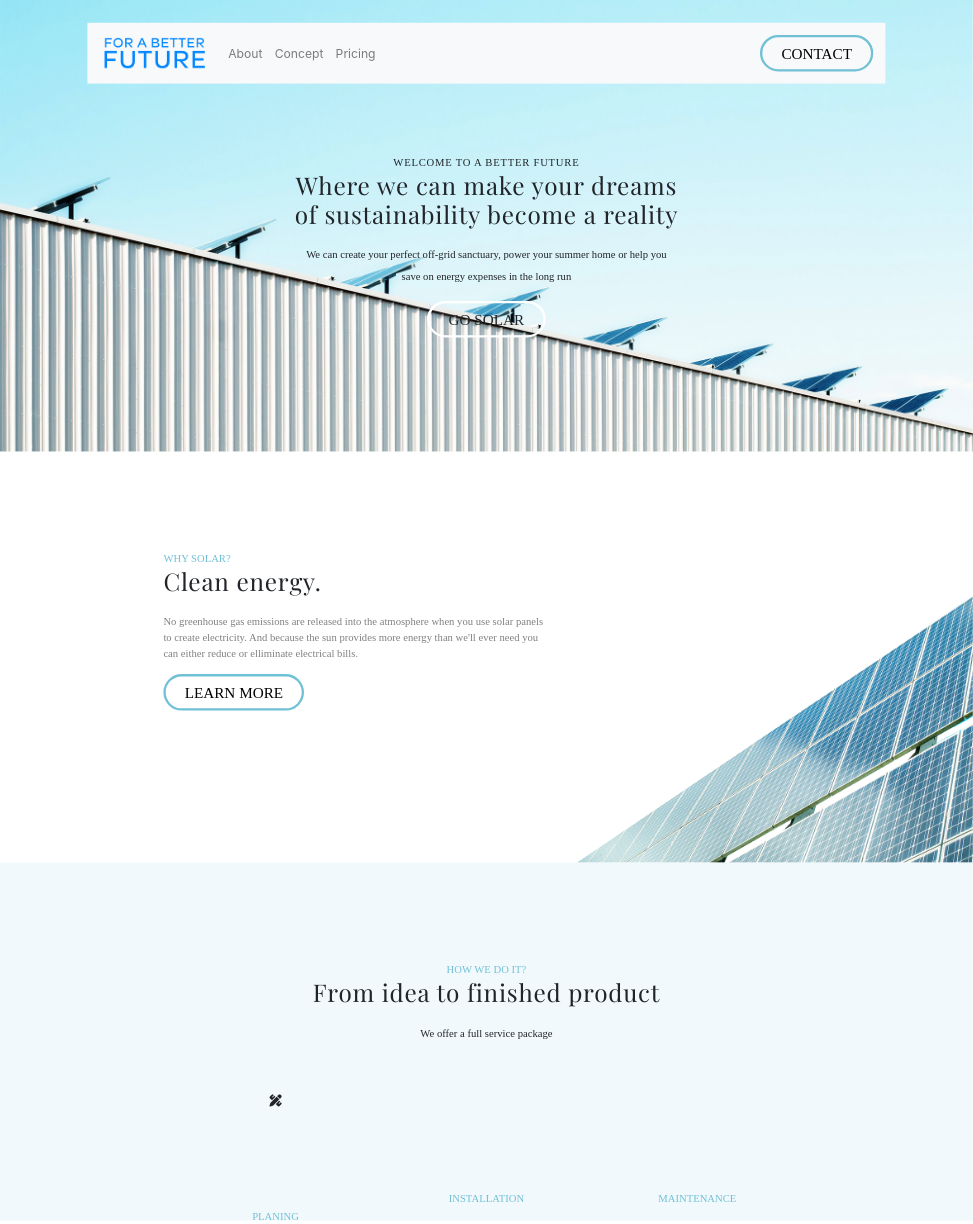
Repository: sabinemm/fabf
Page: index.html
The author's editor kept a record of every edit. The page is drawn from the files as they stood at one moment, then again after the next edit.
The browser window is 1280 px wide. The pictures show the whole page, at 76% of full size.
Backgrounds fixed to the window are drawn as part of the page. Some web fonts or font styles are not loaded; a fallback is used. Some web libraries are served in a nearby version.

Above is the page before.

### index.html
<!DOCTYPE html>
<html lang="en">

<head>
    <meta charset="UTF-8">
    <meta name="viewport" content="width=device-width, initial-scale=1.0">
    <meta http-equiv="X-UA-Compatible" content="ie=edge">
    <link rel="stylesheet" href="style.css" type="text/css" />
    <link rel="stylesheet" href="https://stackpath.bootstrapcdn.com/bootstrap/4.3.1/css/bootstrap.min.css" integrity="sha384-ggOyR0iXCbMQv3Xipma34MD+dH/1fQ784/j6cY/iJTQUOhcWr7x9JvoRxT2MZw1T" crossorigin="anonymous">
    <link rel="stylesheet" media="screen" href="https://fontlibrary.org/face/roundo" type="text/css" />
    <link rel="stylesheet" media="screen" href="https://fontlibrary.org/face/source-sans-pro" type="text/css" />
    <link href="https://fonts.googleapis.com/css?family=Playfair+Display&display=swap" rel="stylesheet">
    <script src="https://kit.fontawesome.com/7e530e9396.js"></script>
    <title>FOR A BETTER FUTURE</title>
</head>

<body>

    <!–-----– NAVBAR ------->

    <div class="container">
        <nav class="navbar navbar-fixed-top navbar-expand-lg navbar-light bg-light">
            <a class="navbar-brand" href="#">
          <img src="img/logo.svg" height="50px"alt="logo">
        </a>
            <button class="navbar-toggler" type="button" data-toggle="collapse" data-target="#navbarText" aria-controls="navbarText" aria-expanded="false" aria-label="Toggle navigation">
    <span class="navbar-toggler-icon"></span>
  </button>
            <div class="collapse navbar-collapse justify-content-center" id="navbarText">
                <ul class="navbar-nav mr-auto">
                    <li class="nav-item">
                        <a class="nav-link" href="#">About</a>
                    </li>
                    <li class="nav-item">
                        <a class="nav-link" href="#">Concept</a>
                    </li>
                    <li class="nav-item">
                        <a class="nav-link" href="#">Pricing</a>
                    </li>
                </ul>
                <span class="navbar-text">
          <button type="button" class="btn btn-blue-border">CONTACT</button>
    </span>
            </div>
        </nav>
    </div>

    <!–-----– FIRST SECTION ------->

    <section id="parallax">
        <div class="container">
            <div class="ltitle text-center">
                <p class="uppercase stitle">WELCOME TO A BETTER FUTURE</p>
                <h2> Where we can make your dreams <br> of sustainability become a reality </h2>
                <p class="tparagraph"> We can create your perfect off-grid sanctuary, power your summer home or help you <br> save on energy expenses in the long run</p>
                <button type="button" class="btn  btn-transp-white-border">GO SOLAR</button>
            </div>
        </div>
    </section>

    <!–-----– SECOND SECTION ------->

    <section id="clean">
        <div class="container container-fluid section-2">
            <div class="row">
                <div class="col col-md-6">
                    <p class="uppercase stitle stitle-blue">WHY SOLAR?</p>
                    <h2 class="ltitle ltitle2"> Clean energy.</h2>
                    <p class="tparagraph tparagraph2"> No greenhouse gas emissions are released into the atmosphere when you use solar panels to create electricity. And because the sun provides more energy than we'll ever need you can either reduce or elliminate electrical bills. </p>
                    <button type="button" class="btn btn-blue-border">LEARN MORE</button>

                </div>
            </div>

            <div class="container">
                <div class="col col-md-6 offset-md-6">
                    <img src="img/sidepanel.png" class="sidepanel"></img>
                </div>
            </div>
        </div>

    </section>

    <!–-----– THIRD SECTION ------->

    <section id="idea">
        <div class="idea-title text-center">
            <p class="uppercase stitle stitle-blue">HOW WE DO IT?</p>
            <h2 class="ltitle ltitle2"> From idea to finished product</h2>
            <p class="tparagraph">We offer a full service package</p>

        </div>
        <div class="container container-fluid ">
            <div class="row m-auto text-center justify-content-center">
                <div class=" col-sm-3 col-md-3">
                   <div class="icons"><i class="fas fa-pencil-ruler "></i></div>
                     <p class="uppercase stitle stitle-blue">PLANING</p>
                </div>
                <div class="col-sm-3 col-md-3">
                     <p class="uppercase stitle stitle-blue">INSTALLATION</p>
                </div>
                <div class="col-sm-3 col-md-3">
                     <p class="uppercase stitle stitle-blue">MAINTENANCE</p>
                </div>
            </div>

        </div>

    </section>

</body>

</html>

### style.css

/*-------------------navbar------------------*/

.navbar {
    margin-top: 30px;
    margin-left: 30px;
    margin-right: 30px;

}

@media (max-width:536px) {
    .navbar {
        margin-top: 15px;
        margin-left: 10px;
        margin-right: 10px;
    }
}

/*-------------------Buttons------------------*/

.btn-transp-white-border,
.btn-transp-white-border:hover,
.btn-transp-white-border:active,
.btn-transp-white-border:visited,
.btn-transp-white-border:active:focus,
.btn-transp-white-border:focus {
    background-color: rgba(0, 0, 0, 0);
    border: solid 3px white !important;
    border-radius: 30px !important;
    color: white;
    text-align: center;
    text-decoration: none;
    display: inline-block;
    font-size: 20px !important;
    font-family: 'SourceSansProRegular';
    padding-left: 25px !important;
    padding-right: 25px !important;
}


.btn-transp-white-border:hover {
    background-color: rgba(255, 255, 255, 0.5);
    padding-left: 25px;
    padding-right: 25px;
}


.btn-blue-border,
.btn-blue-border:hover,
.btn-blue-border:active,
.btn-blue-border:visited,
.btn-blue-border:active:focus,
.btn-blue-border:focus {
    background-color: rgba(0, 0, 0, 0) !important;
    border: solid 3px rgb(112, 192, 214) !important;
    border-radius: 30px !important;
    color: black !important;
    text-align: center;
    text-decoration: none;
    display: inline-block;
    font-size: 20px !important;
    font-family: 'SourceSansProRegular';
    padding-left: 25px !important;
    padding-right: 25px!important;
}

.btn-blue-border:hover {
    background-color: rgba(112, 192, 214, 0.5) !important;
    padding-left: 25px;
    padding-right: 25px;
}


/*-------------------SECTION 1 PAGE 1------------------*/

#parallax {
    background: url(img/1page1section.jpg);
    background-attachment: fixed;
    background-position: bottom;
    background-repeat: no-repeat;
    background-size: cover;
    margin-top: -110px;
}

@media (max-width:536px) {
    #parallax {
        margin-top: -110px;
    }
}

.stitle {
    font-size: 14px;
    font-family: 'RoundoRegular';
    font-weight: 500;
    font-style: normal;
    margin-bottom: -5px;
}

.ltitle {
    padding-top: 200px;
    font-family: 'Playfair Display';
    letter-spacing: 1px;
    line-height: 30px;
    padding-bottom: 150px;
}

@media (max-width:768px) {
    .ltitle {
        padding-top: 150px;
        padding-bottom: 100px;
    }
}

.tparagraph {
    padding-top: 10px;
    font-family: 'SourceSansProRegular';
    font-weight: normal;
    font-style: normal;
    font-size: 14px;
    letter-spacing: 0;
}

@media (max-width:768px) {
    br {
        display: none !important;
        visibility: hidden;
    }
}

/*-------------------SECTION 2 PAGE 1------------------*/
#clean {
    padding-left: 0;
}
@media (min-width:768px) {
#clean {
    padding-left: 200px;
}
}


.stitle-blue {
    color:rgb(112, 192, 214);
    padding-top: 70px;

}

@media (min-width:768px) {
    .stitle-blue {
        padding-top: 130px;
    }
}

.ltitle2 {
padding-top: 10px;
padding-bottom: 10px;
}

.tparagraph2 {
    color: gray;

}

.section-2 {
  padding-bottom: 100px;
}

.sidepanel {
position:relative;
float: right;
height:350px;
margin-top: -150px;
margin-right: -45px;
z-index: -1;
}


/*-------------------SECTION 3 PAGE 1------------------*/

#idea {
    background-color: rgb(242, 249,252);
}

.idea-title {;
    padding-bottom: 50px;
    margin-top: 100px;
}

After the next edit:
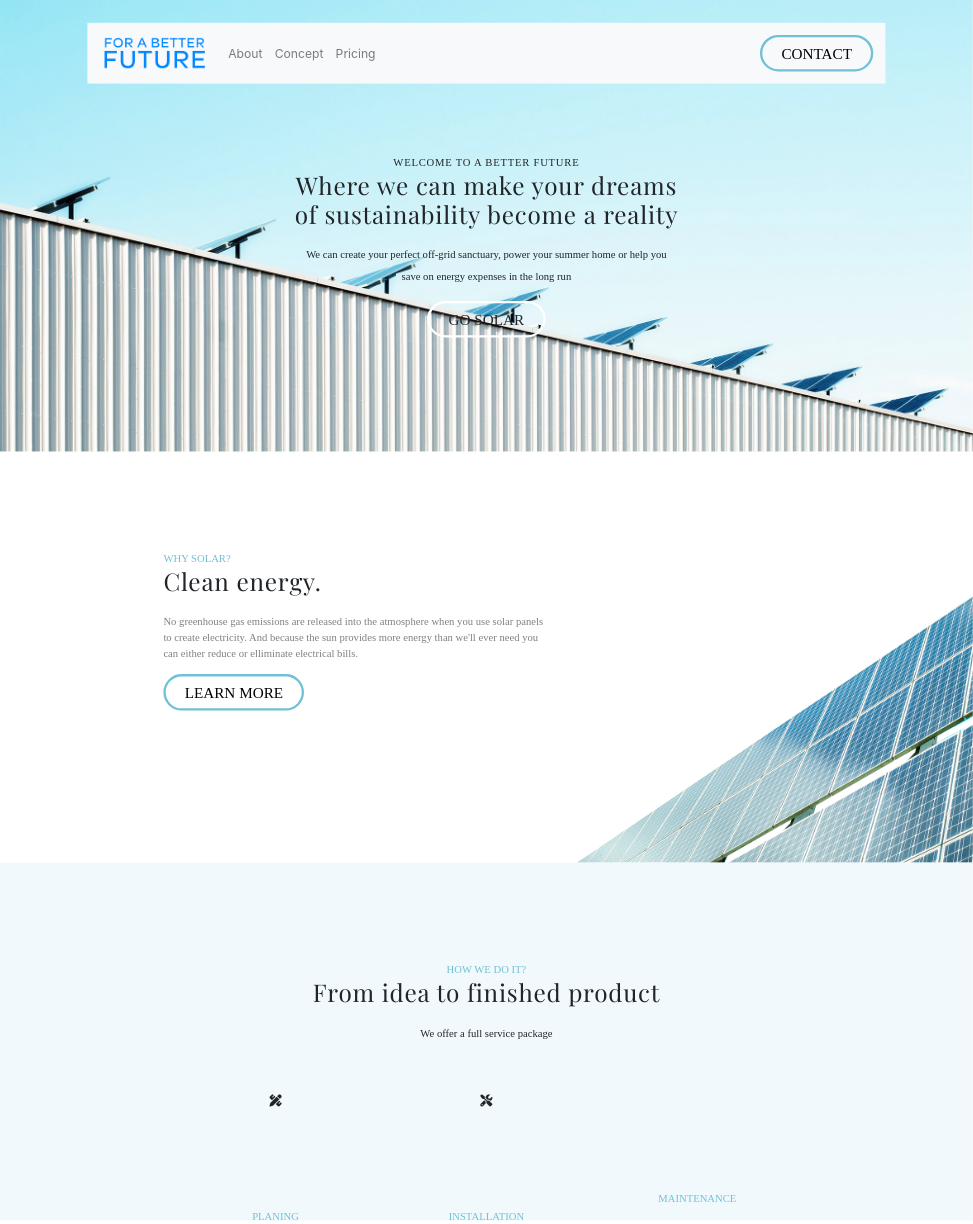
The edit:
--- a/index.html
+++ b/index.html
@@ -97,6 +97,7 @@
                      <p class="uppercase stitle stitle-blue">PLANING</p>
                 </div>
                 <div class="col-sm-3 col-md-3">
+                    <div class="icon"><i class="fas fa-tools"></i></div>
                      <p class="uppercase stitle stitle-blue">INSTALLATION</p>
                 </div>
                 <div class="col-sm-3 col-md-3">
